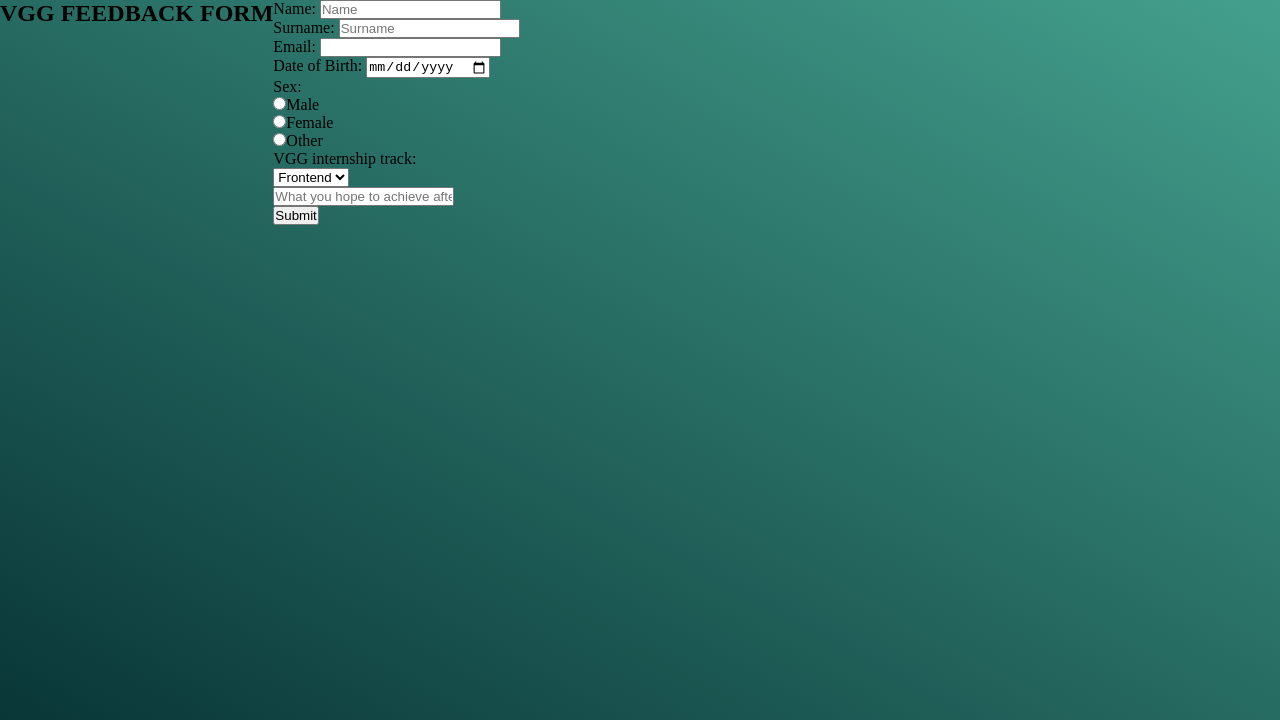
Repository: iphyokafor/VGG-Feedback-form
Page: index.html
These files come from the project's save history. The page is drawn as it stood at one moment and after the next save; the edit follows.
The browser window is 1280 px wide. The pictures show the whole page.

Above is the page before, as saved 2020-01-12 20:29:07.

After the next save:
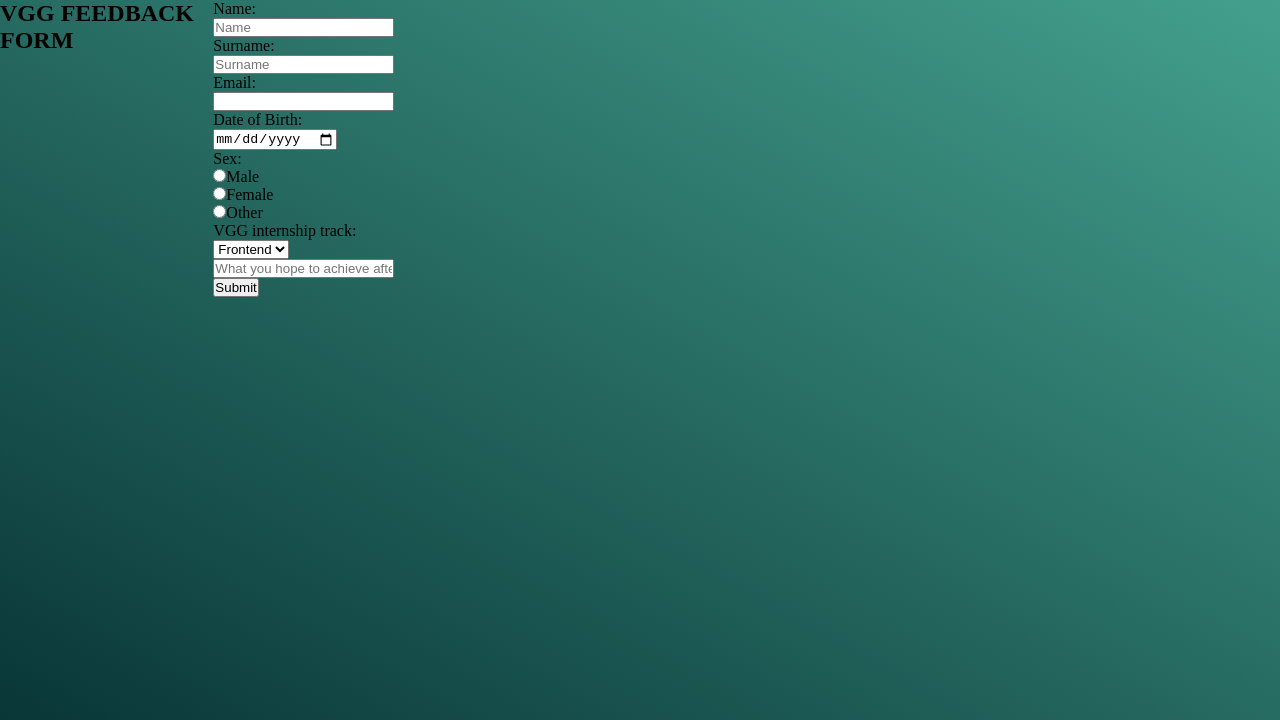
Saved 55 s later.
--- a/style.css
+++ b/style.css
@@ -17,6 +17,7 @@ body {
 } */
 
 .container {
-    display: flex;
-    flex: 1;
+    display: grid;
+    grid-template-columns: repeat(auto-fill, minmax(200px, 1fr));
+    grid-template-rows: 1fr;
 }
